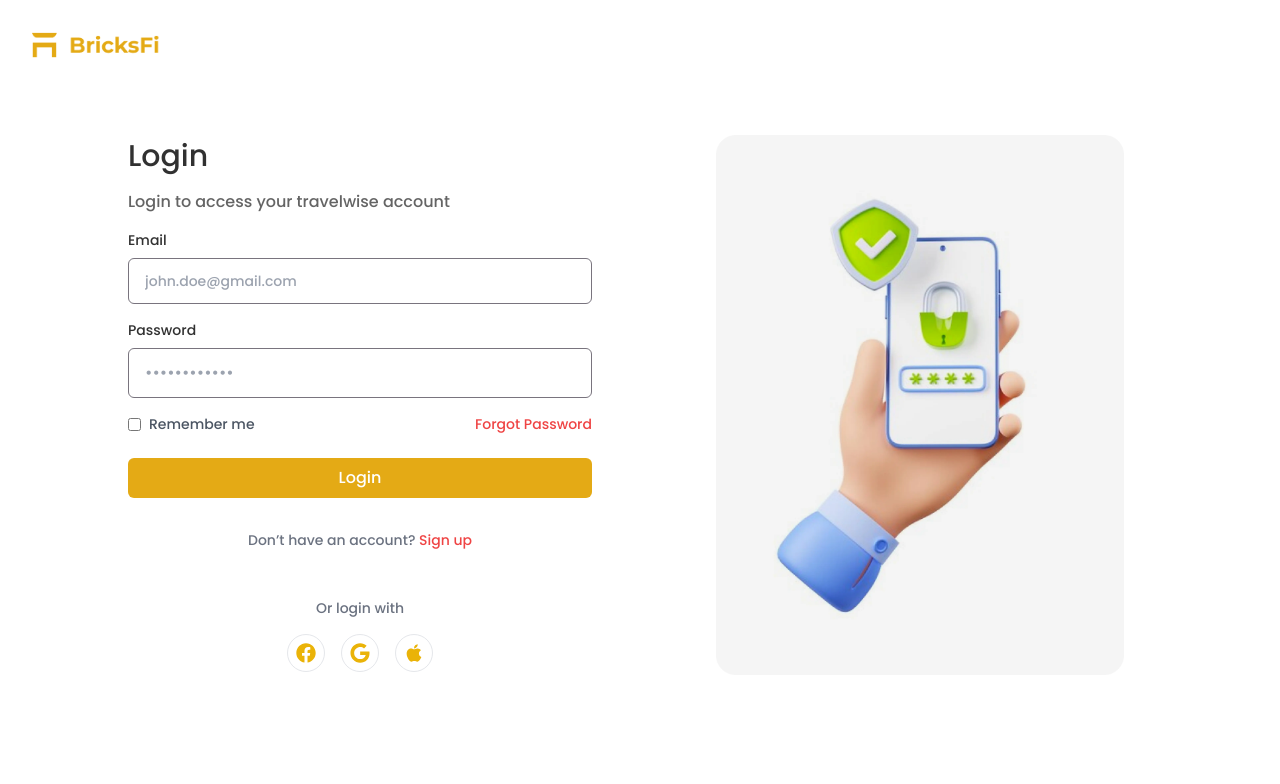
Repository: AyomideAkintade/BricksFi-Frontend
Page: /login (app in client/)
These files come from the project's save history. The page is drawn as it stood at one moment and after the next save; the edit follows.
The browser window is 1280 px wide. The pictures show the whole page.
The project was rebuilt for these pictures with package versions that can differ from the ones it lists, and the page was loaded fresh each time. Also part of the build but not shown: client/src/components/navbar.jsx, client/src/components/home.jsx, client/src/components/homeSecond.jsx, client/src/components/homeThird.jsx, client/src/components/homeFifth.jsx, client/src/components/homeSixth.jsx, client/src/components/homeSeventh.jsx, client/src/components/signup.jsx and 14 more.

Above is the page before, as saved 2024-10-04 22:03:15.

After the next save:
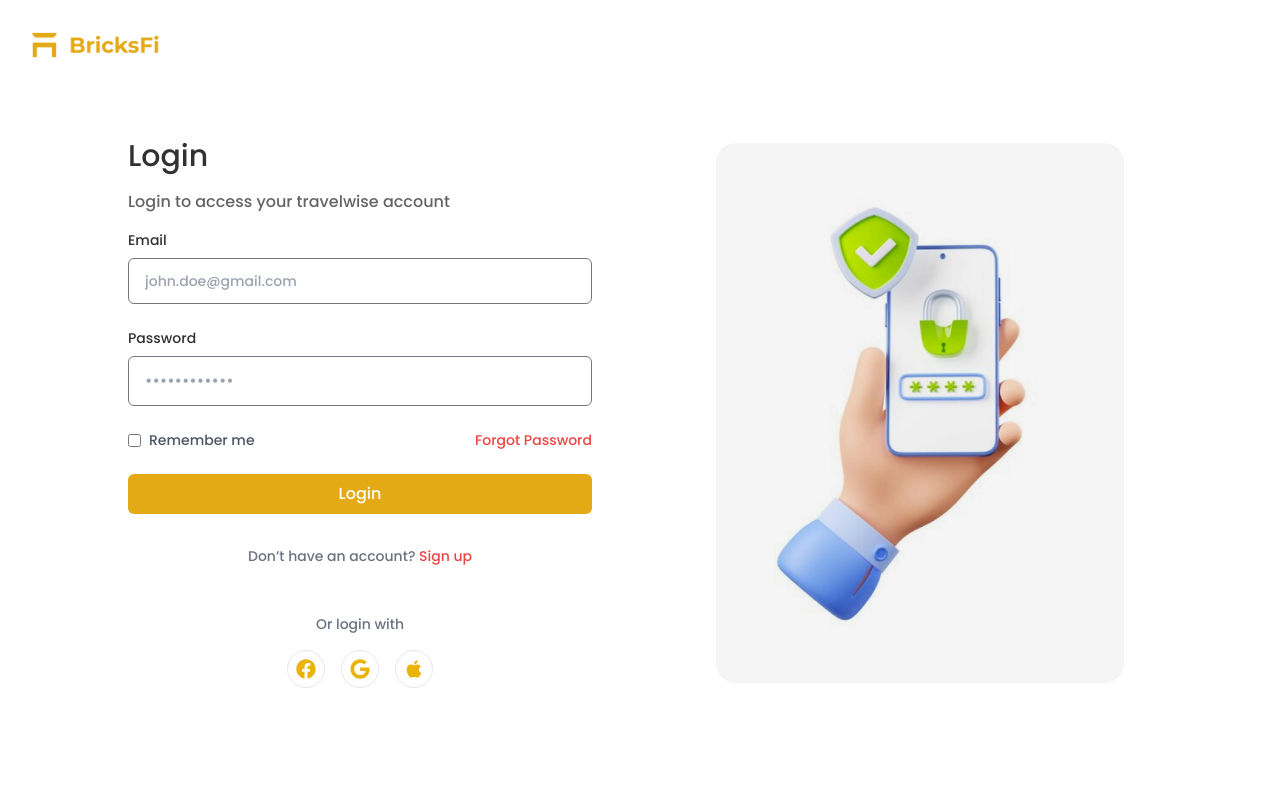
Saved 37 s later.
--- a/client/src/components/login.jsx
+++ b/client/src/components/login.jsx
@@ -36,8 +36,8 @@ const LoginPage = () => {
             <div className="text-3xl font-regular">Login</div>
             <div className="text-[#313131] text-base opacity-75">Login to access your travelwise account</div>
 
-            <form>
-              <div className="mb-4">
+            <form className="flex flex-col gap-6">
+              <div className="">
                 <label className="block text-sm font-medium mb-2">Email</label>
                 <input
                   type="email"
@@ -45,7 +45,7 @@ const LoginPage = () => {
                   className="w-full px-4 py-3 border-[1px] text-sm rounded-md outline-none border-[#79747E]"
                 />
               </div>
-              <div className="mb-4">
+              <div className="">
                 <label className="block text-sm mb-2">Password</label>
                 <input
                   type="password"
@@ -54,7 +54,7 @@ const LoginPage = () => {
                 />
               </div>
 
-              <div className="flex items-center justify-between mb-6">
+              <div className="flex items-center justify-between">
                 <label className="flex items-center">
                   <input
                     type="checkbox"
